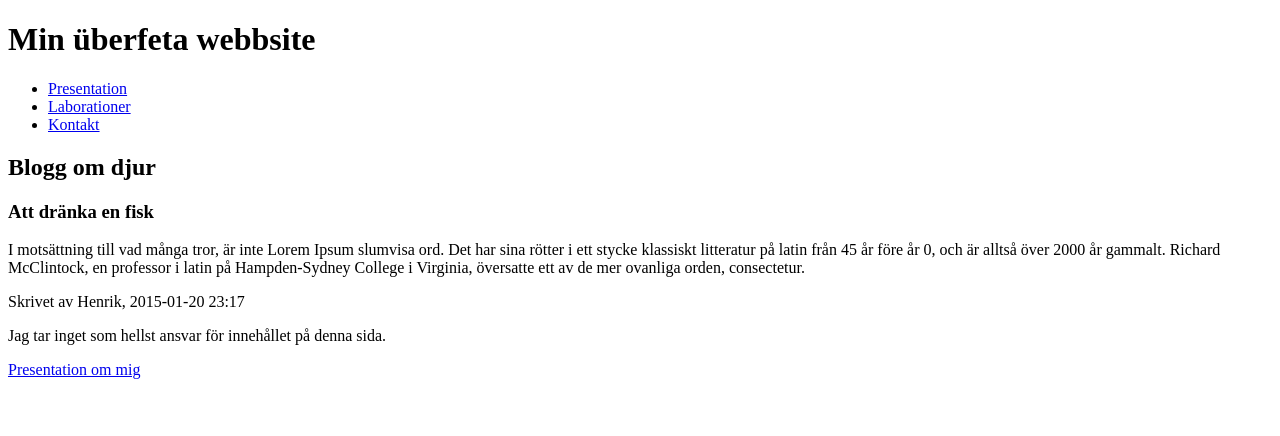
Repository: henriklideberg/labs
Page: index.html
The author's editor kept a record of every edit. The page is drawn from the files as they stood at one moment, then again after the next edit.
The browser window is 1280 px wide. The pictures show the whole page.

Above is the page before.

After the next edit:
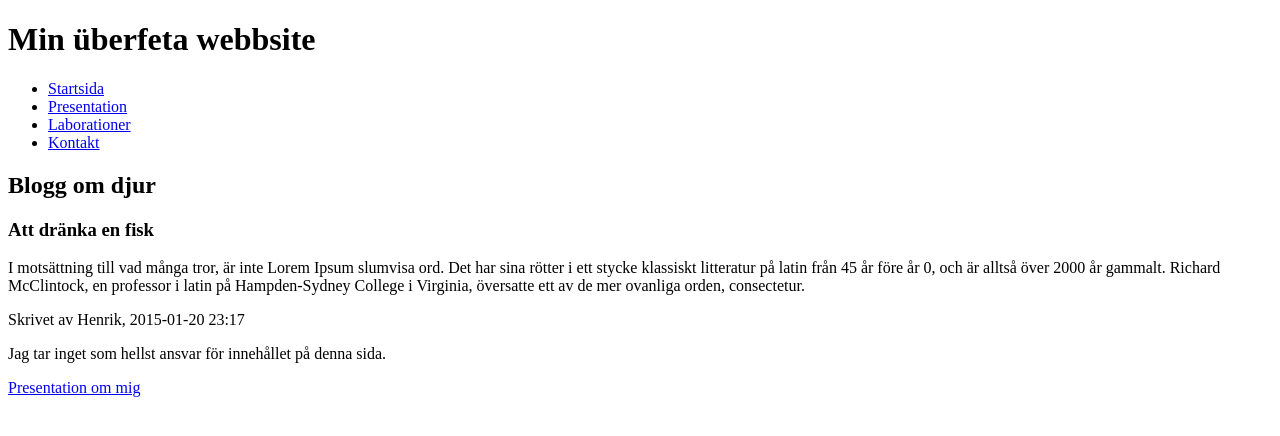
The edit:
--- a/index.html
+++ b/index.html
@@ -7,6 +7,7 @@
     <body>
         <h1>Min überfeta webbsite</h1>
         <ul>
+            <li><a href="index.html">Startsida</a></li>
             <li><a href="pages/presentation.html">Presentation</a></li>
             <li><a href="pages/laborationer.html">Laborationer</a></li>
             <li><a href="pages/kontakt.html">Kontakt</a></li>
